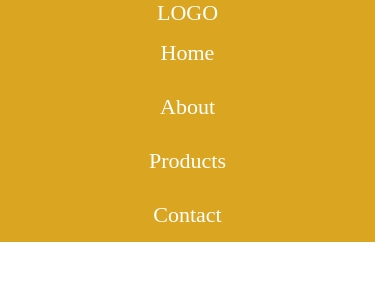
Repository: albayrakfatih/Flex-Navbar
Page: navbar-w-flexbox.html
An editor plug-in stored every save of this project. The page is shown before and after a run of saves, followed by the edit.
The browser window is 375 px wide. The pictures show the whole page.

Above is the page before, as saved 2023-05-09 20:09:01.

After the next 2 saves:
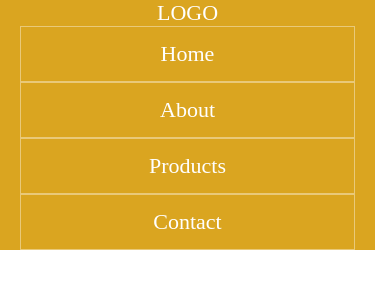
The 2 saves are shown as one change because they came seconds apart.
The last was saved 23 s later.
--- a/styles.css
+++ b/styles.css
@@ -43,7 +43,7 @@ nav a{
         flex-direction: column;
     }
     .navigation a{
-        border: 1px solid rgba();
+        border: 1px solid rgba(255,255,255,0.4);
     }
 
 }
